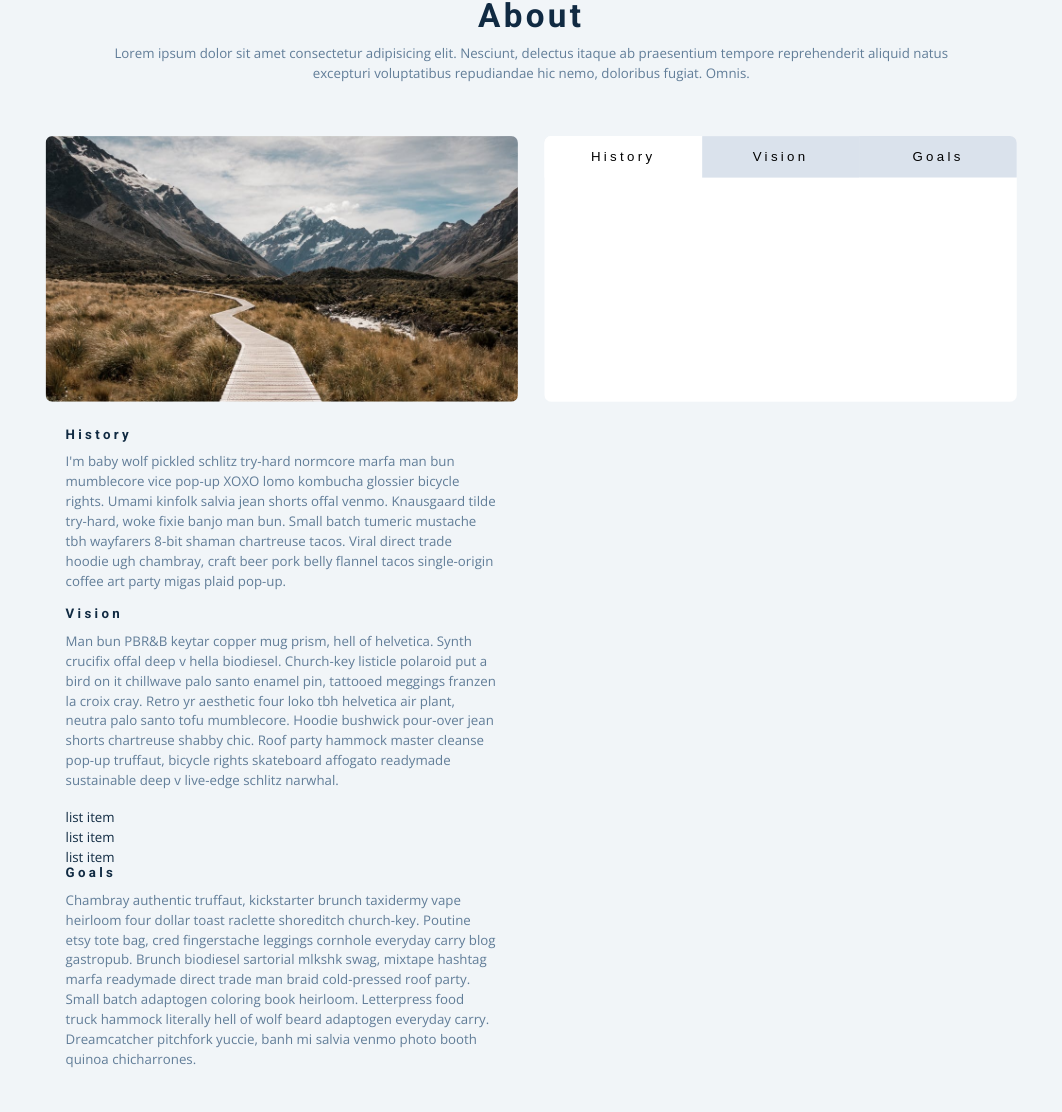
Repository: Kamrangujjar85112/Javascript-Vanilla-Projects
Page: setup/11-tabs/setup/index.html
An editor plug-in stored every save of this project. The page is shown before and after the next save, followed by the edit.
The browser window is 1280 px wide. The pictures show the whole page, at 83% of full size.

Above is the page before, as saved 2022-02-03 13:35:28.

### setup/11-tabs/setup/index.html
<!DOCTYPE html>
<html lang="en">
  <head>
    <meta charset="UTF-8" />
    <meta name="viewport" content="width=device-width, initial-scale=1.0" />
    <title>Tabs</title>

    <!-- styles -->
    <link rel="stylesheet" href="styles.css" />
  </head>
  <body>
    <section>
      <div class="title">
        <h2>about</h2>
        <p>Lorem ipsum dolor sit amet consectetur adipisicing elit. Nesciunt, delectus itaque ab praesentium tempore reprehenderit aliquid natus excepturi voluptatibus repudiandae hic nemo, doloribus fugiat. Omnis.</p>
      </div>
      <div class="about-center section-center">
        <article class="about-img">


          <img src="./hero-bcg.jpeg" alt="about picture">
        </article>
      <article class="about">
        <!-- btn container -->
        <div class="btn-container">
          <button class="tab-btn active" data-id="history">history</button>
          <button class="tab-btn" data-id="vision">vision</button>
          <button class="tab-btn" data-id="goals">goals</button>
        </div>
      </article>
      <article class="about-content">
        <!-- single item -->
        <div class="content active" id="history">
          <h4>history</h4>
          <!-- history -->
          <p>
            I'm baby wolf pickled schlitz try-hard normcore marfa man bun mumblecore vice
            pop-up XOXO lomo kombucha glossier bicycle rights. Umami kinfolk salvia jean
            shorts offal venmo. Knausgaard tilde try-hard, woke fixie banjo man bun. Small
            batch tumeric mustache tbh wayfarers 8-bit shaman chartreuse tacos. Viral
            direct trade hoodie ugh chambray, craft beer pork belly flannel tacos
            single-origin coffee art party migas plaid pop-up.
          </p>



        </div>
        <!-- end single item -->
        <!-- single item -->
        <div class="content active" id="vision">
          <h4>vision</h4>
          <!-- vision -->
          <p>
            Man bun PBR&B keytar copper mug prism, hell of helvetica. Synth crucifix offal
            deep v hella biodiesel. Church-key listicle polaroid put a bird on it
            chillwave palo santo enamel pin, tattooed meggings franzen la croix cray.
            Retro yr aesthetic four loko tbh helvetica air plant, neutra palo santo tofu
            mumblecore. Hoodie bushwick pour-over jean shorts chartreuse shabby chic. Roof
            party hammock master cleanse pop-up truffaut, bicycle rights skateboard
            affogato readymade sustainable deep v live-edge schlitz narwhal.
          </p>
<ul>
  <li>list item</li>
  <li>list item</li>
  <li>list item</li>
</ul>
        </div>
        <!-- end single item -->
        <!-- single item -->
        <div class="content active" id="goals">
          <h4>goals</h4>
          <!-- goals -->
          <p>
            Chambray authentic truffaut, kickstarter brunch taxidermy vape heirloom four
            dollar toast raclette shoreditch church-key. Poutine etsy tote bag, cred
            fingerstache leggings cornhole everyday carry blog gastropub. Brunch biodiesel
            sartorial mlkshk swag, mixtape hashtag marfa readymade direct trade man braid
            cold-pressed roof party. Small batch adaptogen coloring book heirloom.
            Letterpress food truck hammock literally hell of wolf beard adaptogen everyday
            carry. Dreamcatcher pitchfork yuccie, banh mi salvia venmo photo booth quinoa
            chicharrones.
          </p>
        </div>
        <!-- end single item -->
      </article>
      </div>
    </section>
    <!-- javascript -->
    <script src="app.js"></script>
  </body>
</html>

### setup/11-tabs/setup/styles.css
/*
===============
Fonts
===============
*/
@import url("https://fonts.googleapis.com/css?family=Open+Sans|Roboto:400,700&display=swap");

/*
===============
Variables
===============
*/

:root {
  /* dark shades of primary color*/
  --clr-primary-1: hsl(205, 86%, 17%);
  --clr-primary-2: hsl(205, 77%, 27%);
  --clr-primary-3: hsl(205, 72%, 37%);
  --clr-primary-4: hsl(205, 63%, 48%);
  /* primary/main color */
  --clr-primary-5: #49a6e9;
  /* lighter shades of primary color */
  --clr-primary-6: hsl(205, 89%, 70%);
  --clr-primary-7: hsl(205, 90%, 76%);
  --clr-primary-8: hsl(205, 86%, 81%);
  --clr-primary-9: hsl(205, 90%, 88%);
  --clr-primary-10: hsl(205, 100%, 96%);
  /* darkest grey - used for headings */
  --clr-grey-1: hsl(209, 61%, 16%);
  --clr-grey-2: hsl(211, 39%, 23%);
  --clr-grey-3: hsl(209, 34%, 30%);
  --clr-grey-4: hsl(209, 28%, 39%);
  /* grey used for paragraphs */
  --clr-grey-5: hsl(210, 22%, 49%);
  --clr-grey-6: hsl(209, 23%, 60%);
  --clr-grey-7: hsl(211, 27%, 70%);
  --clr-grey-8: hsl(210, 31%, 80%);
  --clr-grey-9: hsl(212, 33%, 89%);
  --clr-grey-10: hsl(210, 36%, 96%);
  --clr-white: #fff;
  --clr-red-dark: hsl(360, 67%, 44%);
  --clr-red-light: hsl(360, 71%, 66%);
  --clr-green-dark: hsl(125, 67%, 44%);
  --clr-green-light: hsl(125, 71%, 66%);
  --clr-black: #222;
  --ff-primary: "Roboto", sans-serif;
  --ff-secondary: "Open Sans", sans-serif;
  --transition: all 0.3s linear;
  --spacing: 0.25rem;
  --radius: 0.5rem;
  --light-shadow: 0 5px 15px rgba(0, 0, 0, 0.1);
  --dark-shadow: 0 5px 15px rgba(0, 0, 0, 0.2);
  --max-width: 1170px;
  --fixed-width: 620px;
}
/*
===============
Global Styles
===============
*/

*,
::after,
::before {
  margin: 0;
  padding: 0;
  box-sizing: border-box;
}
body {
  font-family: var(--ff-secondary);
  background: var(--clr-grey-10);
  color: var(--clr-grey-1);
  line-height: 1.5;
  font-size: 0.875rem;
}
ul {
  list-style-type: none;
}
a {
  text-decoration: none;
}
img:not(.logo) {
  width: 100%;
}
img {
  display: block;
}

h1,
h2,
h3,
h4 {
  letter-spacing: var(--spacing);
  text-transform: capitalize;
  line-height: 1.25;
  margin-bottom: 0.75rem;
  font-family: var(--ff-primary);
}
h1 {
  font-size: 3rem;
}
h2 {
  font-size: 2rem;
}
h3 {
  font-size: 1.25rem;
}
h4 {
  font-size: 0.875rem;
}
p {
  margin-bottom: 1.25rem;
  color: var(--clr-grey-5);
}
@media screen and (min-width: 800px) {
  h1 {
    font-size: 4rem;
  }
  h2 {
    font-size: 2.5rem;
  }
  h3 {
    font-size: 1.75rem;
  }
  h4 {
    font-size: 1rem;
  }
  body {
    font-size: 1rem;
  }
  h1,
  h2,
  h3,
  h4 {
    line-height: 1;
  }
}
/*  global classes */

.btn {
  text-transform: uppercase;
  background: transparent;
  color: var(--clr-black);
  padding: 0.375rem 0.75rem;
  letter-spacing: var(--spacing);
  display: inline-block;
  transition: var(--transition);
  font-size: 0.875rem;
  border: 2px solid var(--clr-black);
  cursor: pointer;
  box-shadow: 0 1px 3px rgba(0, 0, 0, 0.2);
  border-radius: var(--radius);
}
.btn:hover {
  color: var(--clr-white);
  background: var(--clr-black);
}
/* section */
.section {
  padding: 5rem 0;
}

.section-center {
  width: 90vw;
  margin: 0 auto;
  max-width: 1170px;
}
@media screen and (min-width: 992px) {
  .section-center {
    width: 95vw;
  }
}
main {
  min-height: 100vh;
  display: grid;
  place-items: center;
}
/*
===============
About
===============
*/
.title {
  text-align: center;
  margin-bottom: 4rem;
}
.title p {
  width: 80%;
  margin: 0 auto;
}

.about-img {
  margin-bottom: 2rem;
}
.about-img img {
  border-radius: var(--radius);
  object-fit: cover;
  height: 20rem;
}
@media screen and (min-width: 992px) {
  .about-img {
    margin-bottom: 0;
  }

  .about-center {
    display: grid;
    grid-template-columns: 1fr 1fr;
    column-gap: 2rem;
  }
}
.about {
  background: var(--clr-white);
  border-radius: var(--radius);
  display: grid;
  grid-template-rows: auto 1fr;
}
.btn-container {
  border-top-left-radius: var(--radius);
  border-top-right-radius: var(--radius);
  display: grid;
  grid-template-columns: 1fr 1fr 1fr;
}
.tab-btn:nth-child(1) {
  border-top-left-radius: var(--radius);
}
.tab-btn:nth-child(3) {
  border-top-right-radius: var(--radius);
}
.tab-btn {
  padding: 1rem 0;
  border: none;
  text-transform: capitalize;
  font-size: 1rem;
  display: block;
  background: var(--clr-grey-9);
  cursor: pointer;
  transition: var(--transition);
  letter-spacing: var(--spacing);
}
.tab-btn:hover:not(.active) {
  background: var(--clr-primary-10);
  color: var(--clr-primary-5);
}
.about-content {
  border-bottom-left-radius: var(--radius);
  border-bottom-right-radius: var(--radius);
  padding: 2rem 1.5rem;
}
/* hide content */
.content {
  display: none;
}
.tab-btn.active {
  background: var(--clr-white);
}
.content.active {
  display: block;
}

Loaded but not shown: setup/11-tabs/setup/app.js (no copy from this time; the picture is the same without it)

After the next save:
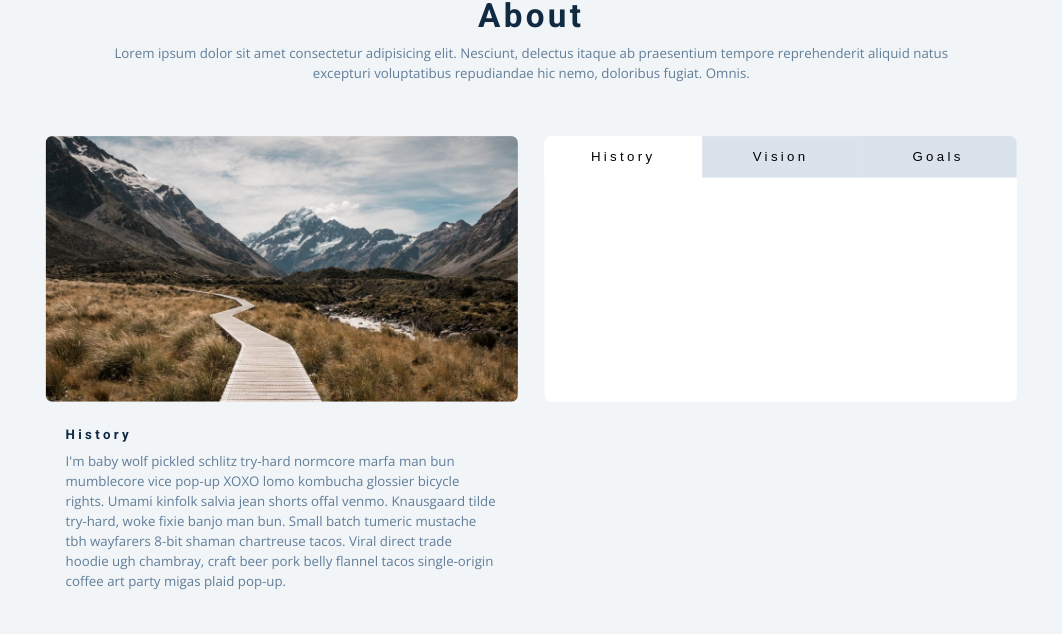
Saved 39 s later.
--- a/setup/11-tabs/setup/index.html
+++ b/setup/11-tabs/setup/index.html
@@ -47,7 +47,7 @@
         </div>
         <!-- end single item -->
         <!-- single item -->
-        <div class="content active" id="vision">
+        <div class="content" id="vision">
           <h4>vision</h4>
           <!-- vision -->
           <p>
@@ -67,7 +67,7 @@
         </div>
         <!-- end single item -->
         <!-- single item -->
-        <div class="content active" id="goals">
+        <div class="content" id="goals">
           <h4>goals</h4>
           <!-- goals -->
           <p>
